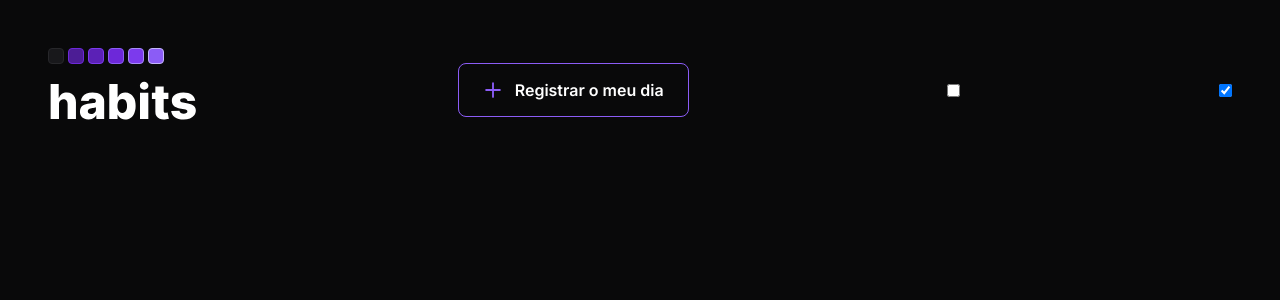
Repository: AntonyCosta/nlw-setup
Page: index.html
An editor plug-in stored every save of this project. The page is shown before and after a run of saves, followed by the edit.
The browser window is 1280 px wide. The pictures show the whole page.

Above is the page before, as saved 2023-01-18 03:36:27.

### index.html
<!DOCTYPE html>
<html lang="pt-br">
  <head>
    <meta charset="UTF-8" />
    <meta http-equiv="X-UA-Compatible" content="IE=edge" />
    <meta name="viewport" content="width=device-width, initial-scale=1.0" />
    <link rel="preconnect" href="https://fonts.googleapis.com" />
    <link rel="preconnect" href="https://fonts.gstatic.com" crossorigin />
    <link
      href="https://fonts.googleapis.com/css2?family=Inter:wght@600&display=swap"
      rel="stylesheet"
    />
    <link rel="stylesheet" href="style.css" />
    <title>Habits</title>
  </head>
  <body>
    <header>
      <img src="./assets/logo.svg" alt="" />
      <button>
        <img src="./assets/plus.svg" alt="" />
        Registrar o meu dia
      </button>

      <input type="checkbox" />
      <input type="checkbox" checked />
    </header>
  </body>
</html>

### style.css
* {
  margin: 0;
  padding: 0;
  box-sizing: border-box;
}

body {
  background-color: #09090a;
  color: white;

  /* display: grid;
  place-items: center; */

  height: 100vh;
}

header {
  display: flex;
  align-items: center;
  justify-content: space-between;

  padding: 48px;
}

button {
  padding: 16px 24px;
  border: 1px solid #8b5cf6;
  border-radius: 8px;
  background: transparent;
  color: #ffffff;

  display: flex;
  align-items: center;
  gap: 12px;

  font-family: "Inter", arial, sans-serif;
  font-weight: 600;
  font-size: 16px;
  line-height: 125%;
}

input {

}

After the next 2 saves:
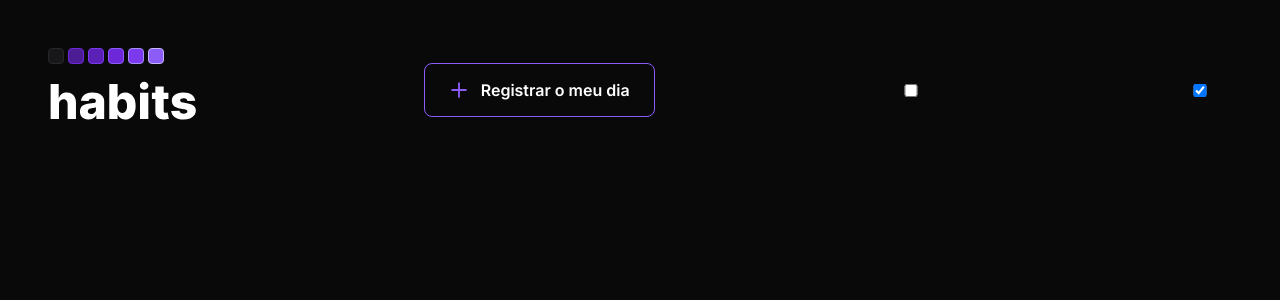
The 2 saves are shown as one change because they came seconds apart.
The last was saved 19 s later.
--- a/style.css
+++ b/style.css
@@ -40,5 +40,5 @@ button {
 }
 
 input {
-
+  width: 64px;
 }
